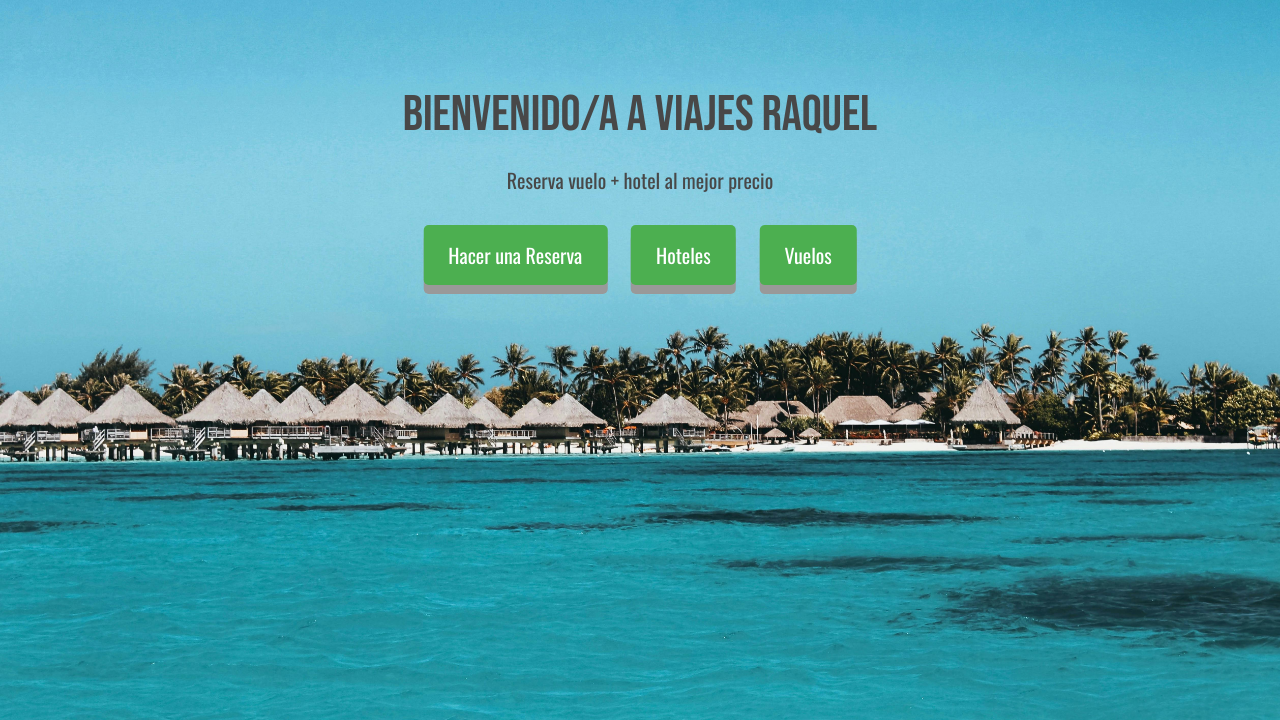
Repository: craschelf/GestionDeViajes-Microservicios
Page: http://localhost/inicio
The author's editor kept a copy of each file at every save. The page is drawn from the files as they stood at one save, then again after the next save.
The browser window is 1280 px wide. The pictures show the whole page.
The page is this project's Thymeleaf template; nobody is signed in. The template is opened directly, without the code that normally fills it, so the values that code supplies are empty.

Above is the page before, as saved 2024-06-05 07:18:40.

### FrontProyectoFinal/src/main/resources/templates/inicio.html
<!DOCTYPE html>
<html lang="es">
<head>
	<link rel="stylesheet" href="css/inicio.css">
    <meta charset="UTF-8">
    <meta name="viewport" content="width=device-width, initial-scale=1.0">
	<link rel="preconnect" href="https://fonts.googleapis.com">
	<link rel="preconnect" href="https://fonts.gstatic.com" crossorigin>
	<link href="https://fonts.googleapis.com/css2?family=Oswald:wght@200..700&display=swap" rel="stylesheet">
	<link href="https://fonts.googleapis.com/css2?family=Bebas+Neue&display=swap" rel="stylesheet">
    <title>Hotel Ejemplo</title>
</head>
<body>
    <div class="hero-image">
        <div class="hero-text">
            <h1>Bienvenido/a a viajes Raquel</h1>
            <p>Reserva vuelo + hotel al mejor precio</p>
            <a href="#reservar" class="btn">Hacer una Reserva</a>
            <a href="/hoteles" class="btn">Hoteles</a>
			<a href="#vuelos" class="btn">Vuelos</a>
        </div>
    </div>
</body>
</html>

### FrontProyectoFinal/src/main/resources/static/css/inicio.css
h1{
	font-family: "Bebas Neue", sans-serif;
  	font-weight: 400;
	font-size: 68px;
	font-style: normal;
}


body,
html {
	margin: 0;
	padding: 0;
	height: 100%;
	font-family: 'Oswald', sans-serif;
}

.hero-image {
	background-image: url('/fondo_inicio.jpg');
	height: 100%;
	background-position: center;
	background-repeat: no-repeat;
	background-size: cover;
	position: relative;
}

.hero-text {
	margin-top: -170px;
	text-align: center;
	position: absolute;
	top: 50%;
	left: 50%;
	transform: translate(-50%, -50%);
	color: rgb(72, 72, 72);
}

.hero-text h1 {
	font-size: 50px;
	margin: 0;
}

.hero-text p {
	font-size: 20px;
}

.btn {
	display: inline-block;
	padding: 15px 25px;
	font-size: 20px;
	cursor: pointer;
	text-align: center;
	text-decoration: none;
	outline: none;
	color: #fff;
	background-color: #4CAF50;
	border: none;
	border-radius: 5px;
	box-shadow: 0 9px #999;
	margin: 10px;
}

.btn:hover {
	background-color: #3e8e41
}

.btn:active {
	background-color: #3e8e41;
	box-shadow: 0 5px #666;
	transform: translateY(4px);
}

After the next save:
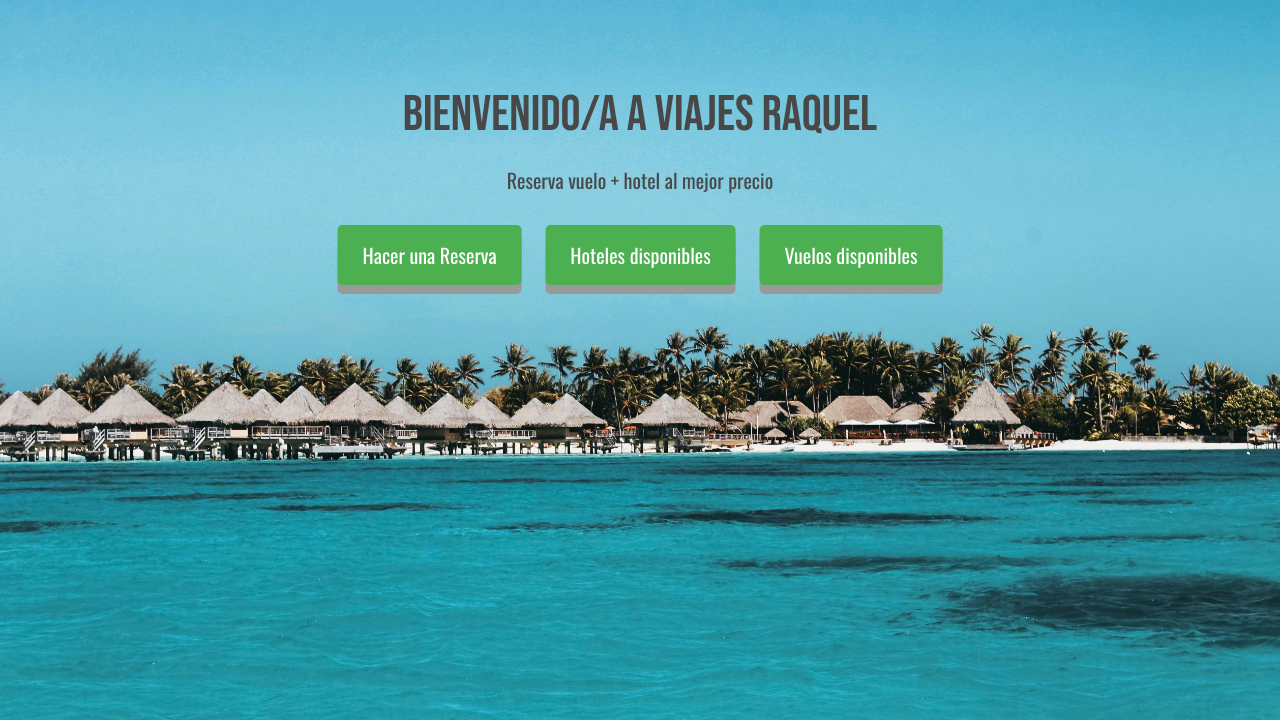
Saved 61 s later.
--- a/FrontProyectoFinal/src/main/resources/templates/inicio.html
+++ b/FrontProyectoFinal/src/main/resources/templates/inicio.html
@@ -15,9 +15,9 @@
         <div class="hero-text">
             <h1>Bienvenido/a a viajes Raquel</h1>
             <p>Reserva vuelo + hotel al mejor precio</p>
-            <a href="#reservar" class="btn">Hacer una Reserva</a>
-            <a href="/hoteles" class="btn">Hoteles</a>
-			<a href="#vuelos" class="btn">Vuelos</a>
+            <a href="/reservas" class="btn">Hacer una Reserva</a>
+            <a href="/hoteles" class="btn">Hoteles disponibles</a>
+			<a href="/vuelos" class="btn">Vuelos disponibles</a>
         </div>
     </div>
 </body>
